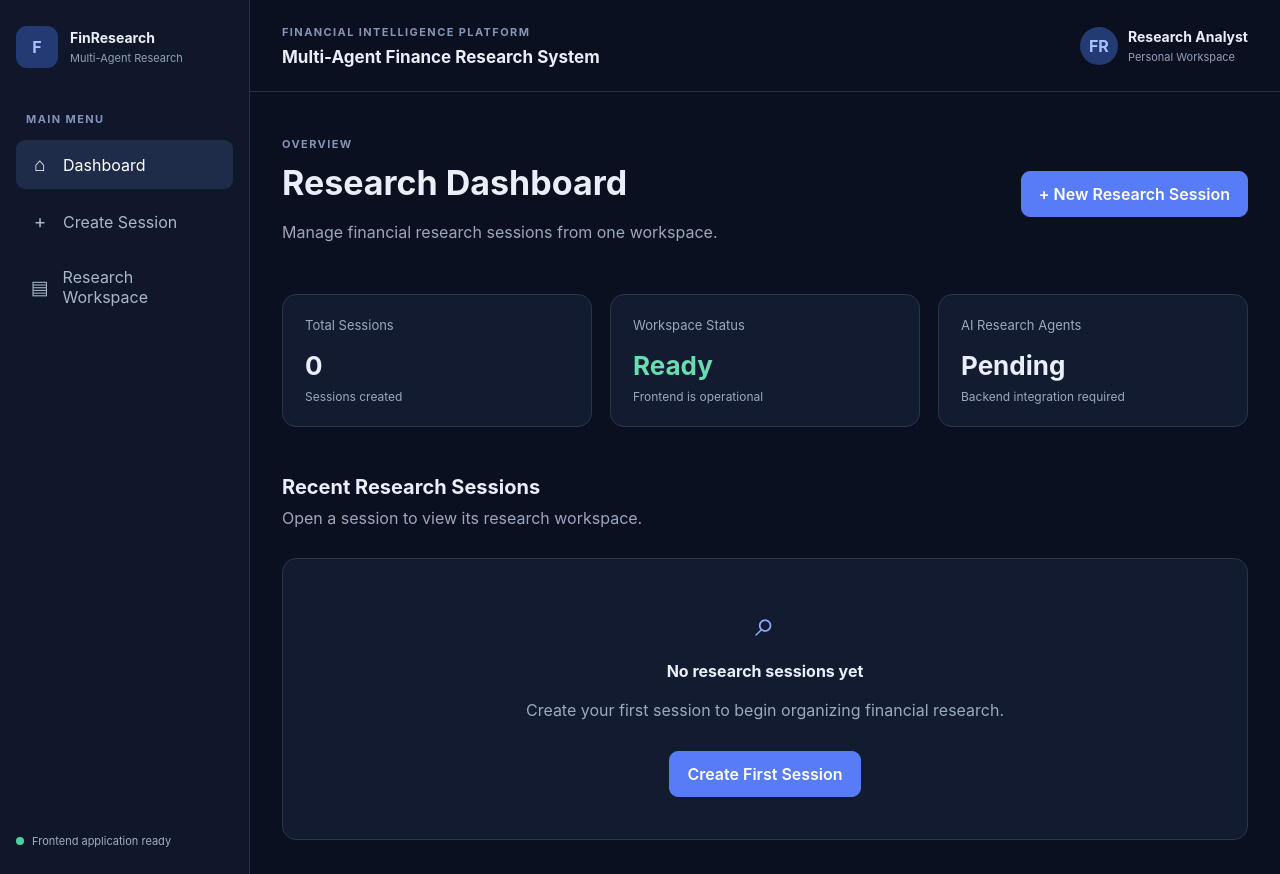
Repository: Divija538/multi-agent-financial-research-system
Page: /
The author's editor kept a copy of each file at every save. The page is drawn from the files as they stood at one save, then again after the next save.
The browser window is 1280 px wide. The pictures show the whole page.
The project was rebuilt for these pictures with package versions that can differ from the ones it lists, and the page was loaded fresh each time. Also part of the build but not shown: src/components/SessionCard.jsx, src/pages/CreateSession.jsx, src/pages/ResearchWorkspace.jsx.

Above is the page before, as saved 2026-10-15 16:43:58.

### index.html
<!doctype html>
<html lang="en">
  <head>
    <meta charset="UTF-8" />
    <meta name="viewport" content="width=device-width, initial-scale=1.0" />
    <title>Multi-Agent Finance Research System</title>
  </head>
  <body>
    <div id="root"></div>
    <script type="module" src="/src/main.jsx"></script>
  </body>
</html>

### src/main.jsx
import React from "react";
import { createRoot } from "react-dom/client";
import App from "./App.jsx";
import "./index.css";

const rootElement = document.getElementById("root");

if (!rootElement) {
  throw new Error('Root element "#root" not found in index.html');
}

createRoot(rootElement).render(
  <React.StrictMode>
    <App />
  </React.StrictMode>
);

### src/App.jsx
import React, { useEffect, useState } from "react";
import Sidebar from "./components/Sidebar.jsx";
import Header from "./components/Header.jsx";
import Dashboard from "./pages/Dashboard.jsx";
import CreateSession from "./pages/CreateSession.jsx";
import ResearchWorkspace from "./pages/ResearchWorkspace.jsx";

function readStorage(key, fallback) {
  try {
    const value = localStorage.getItem(key);
    return value ? JSON.parse(value) : fallback;
  } catch {
    return fallback;
  }
}

export default function App() {
  const [activePage, setActivePage] = useState("Dashboard");

  const [sessions, setSessions] = useState(() =>
    readStorage("finresearch_sessions", [])
  );

  const [activeSession, setActiveSession] = useState(() =>
    readStorage("finresearch_active_session", null)
  );

  const [user, setUser] = useState(() =>
    readStorage("finresearch_user", null)
  );

  useEffect(() => {
    localStorage.setItem("finresearch_sessions", JSON.stringify(sessions));
  }, [sessions]);

  useEffect(() => {
    if (activeSession) {
      localStorage.setItem(
        "finresearch_active_session",
        JSON.stringify(activeSession)
      );
    } else {
      localStorage.removeItem("finresearch_active_session");
    }
  }, [activeSession]);

  useEffect(() => {
    if (user) {
      localStorage.setItem("finresearch_user", JSON.stringify(user));
    } else {
      localStorage.removeItem("finresearch_user");
    }
  }, [user]);

  function createSession(data) {
    const session = {
      ...data,
      id: `${Date.now()}-${Math.random().toString(36).slice(2, 7)}`,
      createdAt: new Date().toLocaleString(),
      status: "Created"
    };

    setSessions((previous) => [session, ...previous]);
    setActiveSession(session);
    setActivePage("Research Workspace");
  }

  function deleteSession(id) {
    setSessions((previous) =>
      previous.filter((session) => session.id !== id)
    );

    if (activeSession?.id === id) {
      setActiveSession(null);
      setActivePage("Dashboard");
    }
  }

  function signIn(name, email) {
    setUser({ name, email });
  }

  function signOut() {
    setUser(null);
    setActivePage("Dashboard");
  }

  return (
    <div className="app-layout">
      <Sidebar
        activePage={activePage}
        setPage={setActivePage}
      />

      <main className="main-content">
        <Header
          user={user}
          onSignIn={signIn}
          onSignOut={signOut}
        />

        {activePage === "Dashboard" && (
          <Dashboard
            sessions={sessions}
            setPage={setActivePage}
            setActiveSession={setActiveSession}
            onDeleteSession={deleteSession}
          />
        )}

        {activePage === "Create Session" && (
          <CreateSession onCreate={createSession} />
        )}

        {activePage === "Research Workspace" && (
          <ResearchWorkspace session={activeSession} />
        )}
      </main>
    </div>
  );
}

### src/index.css
:root {
  font-family: Inter, Arial, sans-serif;
  color: #e9eef8;
  background: #0b1020;
  font-synthesis: none;
  text-rendering: optimizeLegibility;
}

* {
  box-sizing: border-box;
}

body {
  margin: 0;
  min-width: 320px;
  min-height: 100vh;
}

button,
input,
textarea,
select {
  font: inherit;
}

button {
  cursor: pointer;
}

.app-layout {
  display: flex;
  min-height: 100vh;
}

.sidebar {
  width: 250px;
  flex-shrink: 0;
  padding: 26px 16px;
  background: #10172a;
  border-right: 1px solid #273149;
  display: flex;
  flex-direction: column;
}

.brand {
  display: flex;
  align-items: center;
  gap: 12px;
  margin-bottom: 44px;
}

.brand-icon,
.avatar,
.session-icon {
  display: grid;
  place-items: center;
  width: 42px;
  height: 42px;
  border-radius: 11px;
  background: #233b72;
  color: #a9c0ff;
  font-weight: 700;
}

.brand strong,
.profile strong {
  display: block;
  font-size: 14px;
}

.brand small,
.profile small {
  display: block;
  margin-top: 5px;
  color: #93a0b9;
  font-size: 11px;
}

.menu-label,
.eyebrow {
  color: #8295b7;
  font-size: 11px;
  letter-spacing: 1.4px;
  font-weight: 700;
}

.menu-label {
  margin: 0 10px 14px;
}

.sidebar-nav {
  display: grid;
  gap: 8px;
}

.nav-item {
  display: flex;
  align-items: center;
  gap: 12px;
  width: 100%;
  padding: 13px;
  text-align: left;
  color: #aab6ca;
  background: transparent;
  border: 0;
  border-radius: 9px;
}

.nav-item:hover,
.nav-item.active {
  background: #1e2b49;
  color: white;
}

.nav-icon {
  width: 22px;
  text-align: center;
  font-size: 19px;
}

.sidebar-footer {
  margin-top: auto;
  padding-top: 24px;
  color: #a0aec5;
  font-size: 11px;
}

.status-dot {
  display: inline-block;
  width: 8px;
  height: 8px;
  margin-right: 8px;
  border-radius: 50%;
  background: #48d6a0;
}

.main-content {
  flex: 1;
  min-width: 0;
}

.top-header {
  min-height: 92px;
  padding: 20px 32px;
  border-bottom: 1px solid #273149;
  display: flex;
  align-items: center;
  justify-content: space-between;
  gap: 20px;
}

.top-header .eyebrow {
  margin: 0 0 8px;
}

.top-header h2 {
  margin: 0;
  font-size: 17px;
}

.profile {
  display: flex;
  align-items: center;
  gap: 10px;
}

.avatar {
  width: 38px;
  height: 38px;
  border-radius: 50%;
}

.page {
  max-width: 1400px;
  margin: auto;
  padding: 34px 32px;
}

h1 {
  margin: 8px 0;
  font-size: clamp(26px, 3vw, 34px);
}

h2 {
  font-size: 20px;
}

h3 {
  font-size: 16px;
}

.muted {
  color: #9aa7bd;
  line-height: 1.7;
}

.welcome-row,
.section-heading {
  display: flex;
  align-items: center;
  justify-content: space-between;
  gap: 20px;
}

.primary-button,
.secondary-button {
  padding: 12px 17px;
  border-radius: 9px;
  font-weight: 600;
}

.primary-button {
  color: white;
  background: #587cf5;
  border: 1px solid #587cf5;
}

.primary-button:hover {
  background: #7090ff;
}

.secondary-button {
  color: #d5def0;
  background: #202b40;
  border: 1px solid #35425b;
}

.stats-grid {
  display: grid;
  grid-template-columns: repeat(3, minmax(0, 1fr));
  gap: 18px;
  margin: 32px 0 42px;
}

.stat-card,
.session-card,
.form-card,
.research-panel,
.empty-state {
  background: #121b30;
  border: 1px solid #293650;
  border-radius: 14px;
}

.stat-card {
  padding: 22px;
}

.stat-card > span,
.stat-card small {
  display: block;
  color: #9ba9c0;
  font-size: 13px;
}

.stat-card strong {
  display: block;
  margin: 17px 0 8px;
  font-size: 26px;
}

.stat-card small {
  font-size: 12px;
}

.success-text {
  color: #67ddb0 !important;
}

.pending-text {
  color: #e9bd72 !important;
}

.section-heading {
  margin-bottom: 20px;
}

.section-heading h2,
.section-heading p {
  margin: 6px 0;
}

.empty-state {
  padding: 42px 20px;
  text-align: center;
}

.empty-icon {
  color: #91aaff;
  font-size: 36px;
}

.empty-state p {
  color: #9ba9c0;
  line-height: 1.7;
}

.empty-state .primary-button {
  margin-top: 10px;
}

.sessions-grid {
  display: grid;
  grid-template-columns: repeat(2, minmax(0, 1fr));
  gap: 18px;
}

.session-card {
  min-width: 0;
  padding: 20px;
}

.session-card-top,
.session-details,
.workspace-heading {
  display: flex;
  align-items: center;
  justify-content: space-between;
  gap: 12px;
}

.status-badge {
  padding: 5px 10px;
  border-radius: 20px;
  color: #7be0b7;
  background: #17382f;
  font-size: 11px;
}

.session-card h3 {
  overflow-wrap: anywhere;
}

.session-description {
  min-height: 40px;
  color: #9ba9c0;
  font-size: 13px;
  line-height: 1.6;
}

.session-details {
  align-items: flex-start;
  flex-wrap: wrap;
  margin-top: 18px;
  color: #9ba9c0;
  font-size: 11px;
}

.text-button {
  margin-top: 18px;
  padding: 0;
  color: #91aaff;
  background: none;
  border: 0;
  font-weight: 600;
}

.form-card {
  display: grid;
  gap: 12px;
  max-width: 720px;
  margin-top: 28px;
  padding: 26px;
}

.form-card label {
  margin-top: 8px;
  color: #cbd5e6;
  font-size: 13px;
}

.form-card input,
.form-card textarea,
.form-card select {
  width: 100%;
  padding: 13px;
  color: #edf2ff;
  background: #0b1223;
  border: 1px solid #35425b;
  border-radius: 8px;
  outline: none;
}

.form-card select option {
  background: #121b30;
}

.form-card input:focus,
.form-card textarea:focus,
.form-card select:focus {
  border-color: #7794ff;
}

.form-card textarea {
  resize: vertical;
}

.form-actions {
  display: flex;
  justify-content: flex-end;
  flex-wrap: wrap;
  gap: 12px;
  margin-top: 14px;
}

.research-panel {
  margin-top: 26px;
  padding: 26px;
}

.workspace-heading {
  margin-bottom: 26px;
}

.workspace-heading h2 {
  margin-bottom: 0;
}

.detail-grid {
  display: grid;
  grid-template-columns: repeat(3, minmax(0, 1fr));
  gap: 14px;
}

.detail-item {
  padding: 16px;
  background: #0c1427;
  border: 1px solid #293650;
  border-radius: 10px;
  min-width: 0;
}

.detail-item span,
.detail-item strong {
  display: block;
}

.detail-item span {
  margin-bottom: 10px;
  color: #9ba9c0;
  font-size: 12px;
}

.detail-item strong {
  font-size: 13px;
  overflow-wrap: anywhere;
}

.objective-panel,
.agent-panel {
  margin-top: 24px;
  padding: 20px;
  background: #0c1427;
  border: 1px solid #293650;
  border-radius: 10px;
}

.objective-panel p,
.pipeline-step p {
  color: #9ba9c0;
  font-size: 13px;
  line-height: 1.7;
}

.pipeline-step {
  display: flex;
  align-items: center;
  gap: 14px;
  padding: 16px 0;
  border-bottom: 1px solid #273149;
}

.pipeline-step:last-child {
  border-bottom: 0;
}

.pipeline-number {
  display: grid;
  place-items: center;
  flex-shrink: 0;
  width: 32px;
  height: 32px;
  color: #a9c0ff;
  background: #233b72;
  border-radius: 50%;
}

.pipeline-step > div {
  flex: 1;
  min-width: 0;
}

.pipeline-step p {
  margin-bottom: 0;
}

.pipeline-step > span:last-child {
  font-size: 12px;
}

@media (max-width: 900px) {
  .sidebar {
    width: 210px;
  }

  .page,
  .top-header {
    padding: 24px 18px;
  }

  .detail-grid {
    grid-template-columns: 1fr;
  }
}

@media (max-width: 650px) {
  .app-layout {
    display: block;
  }

  .sidebar {
    width: 100%;
    padding: 16px;
  }

  .brand {
    margin-bottom: 22px;
  }

  .sidebar-footer {
    margin-top: 20px;
  }

  .top-header,
  .welcome-row {
    align-items: flex-start;
    flex-direction: column;
  }

  .stats-grid,
  .sessions-grid {
    grid-template-columns: 1fr;
  }

  .form-card,
  .research-panel {
    padding: 18px;
  }

  .pipeline-step {
    align-items: flex-start;
    flex-wrap: wrap;
  }

  .pipeline-step > div {
    flex-basis: 65%;
  }
}

### src/components/Sidebar.jsx
import React from "react";

const menuItems = [
  { label: "Dashboard", icon: "⌂" },
  { label: "Create Session", icon: "+" },
  { label: "Research Workspace", icon: "▤" }
];

export default function Sidebar({ activePage, setPage }) {
  return (
    <aside className="sidebar">
      <div className="brand">
        <div className="brand-icon">F</div>
        <div>
          <strong>FinResearch</strong>
          <small>Multi-Agent Research</small>
        </div>
      </div>

      <p className="menu-label">MAIN MENU</p>

      <nav className="sidebar-nav">
        {menuItems.map((item) => (
          <button
            key={item.label}
            type="button"
            className={`nav-item ${
              activePage === item.label ? "active" : ""
            }`}
            onClick={() => setPage(item.label)}
          >
            <span className="nav-icon">{item.icon}</span>
            <span>{item.label}</span>
          </button>
        ))}
      </nav>

      <div className="sidebar-footer">
        <span className="status-dot" />
        Frontend application ready
      </div>
    </aside>
  );
}

### src/components/Header.jsx
import React from "react";
export default function Header() {
  return (
    <header className="top-header">
      <div>
        <p className="eyebrow">FINANCIAL INTELLIGENCE PLATFORM</p>
        <h2>Multi-Agent Finance Research System</h2>
      </div>

      <div className="profile">
        <div className="avatar">FR</div>
        <div>
          <strong>Research Analyst</strong>
          <small>Personal Workspace</small>
        </div>
      </div>
    </header>
  );
}

### src/pages/Dashboard.jsx
import SessionCard from "../components/SessionCard.jsx";
import React from "react";
export default function Dashboard({
  sessions,
  setPage,
  setActiveSession
}) {
  return (
    <section className="page">
      <div className="welcome-row">
        <div>
          <p className="eyebrow">OVERVIEW</p>
          <h1>Research Dashboard</h1>
          <p className="muted">
            Manage financial research sessions from one workspace.
          </p>
        </div>

        <button
          className="primary-button"
          onClick={() => setPage("Create Session")}
        >
          + New Research Session
        </button>
      </div>

      <div className="stats-grid">
        <div className="stat-card">
          <span>Total Sessions</span>
          <strong>{sessions.length}</strong>
          <small>Sessions created</small>
        </div>

        <div className="stat-card">
          <span>Workspace Status</span>
          <strong className="success-text">Ready</strong>
          <small>Frontend is operational</small>
        </div>

        <div className="stat-card">
          <span>AI Research Agents</span>
          <strong>Pending</strong>
          <small>Backend integration required</small>
        </div>
      </div>

      <div className="section-heading">
        <div>
          <h2>Recent Research Sessions</h2>
          <p className="muted">
            Open a session to view its research workspace.
          </p>
        </div>
      </div>

      {sessions.length === 0 ? (
        <div className="empty-state">
          <div className="empty-icon">⌕</div>
          <h3>No research sessions yet</h3>
          <p>
            Create your first session to begin organizing financial research.
          </p>

          <button
            className="primary-button"
            onClick={() => setPage("Create Session")}
          >
            Create First Session
          </button>
        </div>
      ) : (
        <div className="sessions-grid">
          {sessions.map((session) => (
            <SessionCard
              key={session.id}
              session={session}
              onOpen={() => {
                setActiveSession(session);
                setPage("Research Workspace");
              }}
            />
          ))}
        </div>
      )}
    </section>
  );
}

After the next save:
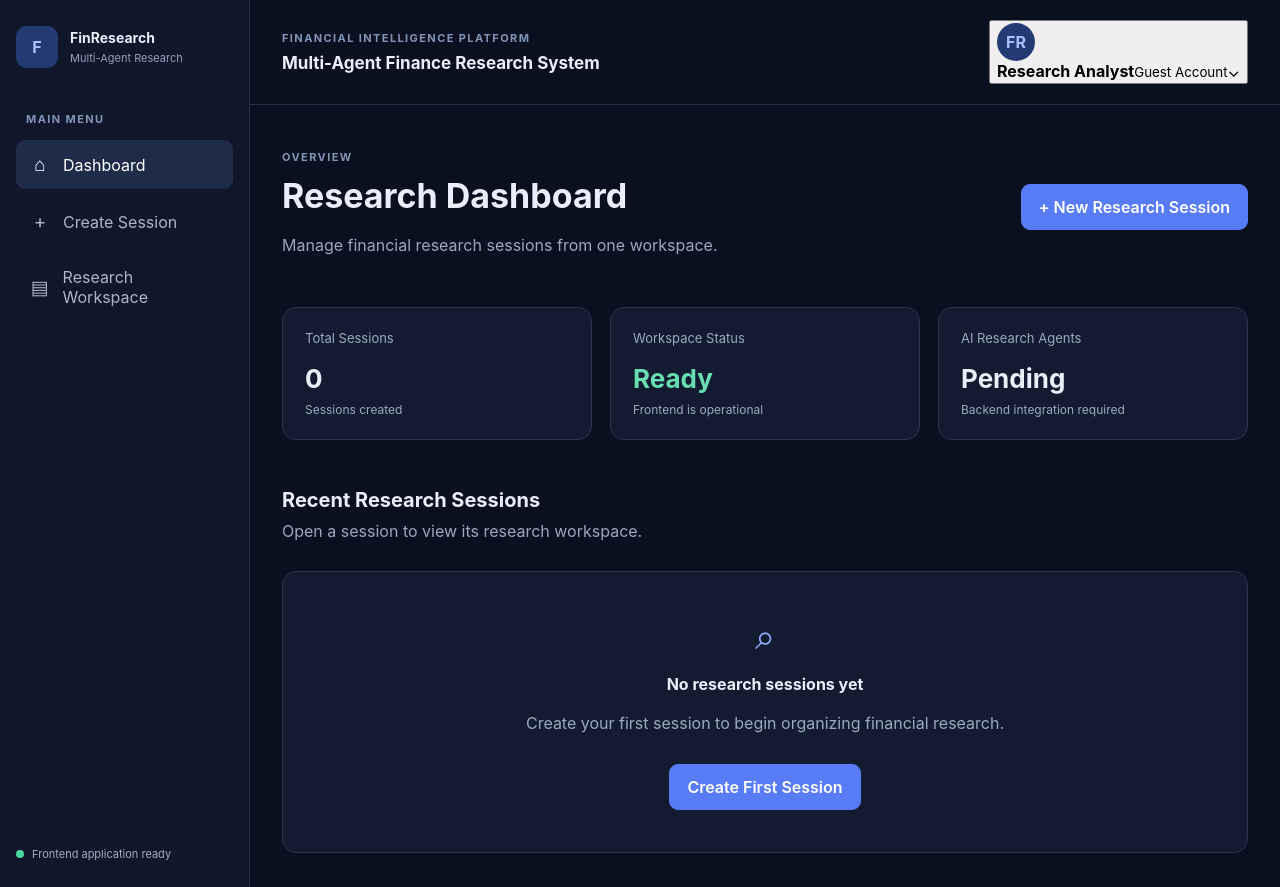
Saved 34 s later.
--- a/src/components/Header.jsx
+++ b/src/components/Header.jsx
@@ -1,5 +1,23 @@
-import React from "react";
-export default function Header() {
+import React, { useState } from "react";
+
+export default function Header({ user, onSignIn, onSignOut }) {
+  const [menuOpen, setMenuOpen] = useState(false);
+  const [showSignIn, setShowSignIn] = useState(false);
+  const [name, setName] = useState("");
+  const [email, setEmail] = useState("");
+
+  function handleSubmit(event) {
+    event.preventDefault();
+
+    if (!name.trim() || !email.trim()) return;
+
+    onSignIn(name.trim(), email.trim());
+    setShowSignIn(false);
+    setMenuOpen(false);
+    setName("");
+    setEmail("");
+  }
+
   return (
     <header className="top-header">
       <div>
@@ -7,13 +25,112 @@ export default function Header() {
         <h2>Multi-Agent Finance Research System</h2>
       </div>
 
-      <div className="profile">
-        <div className="avatar">FR</div>
-        <div>
-          <strong>Research Analyst</strong>
-          <small>Personal Workspace</small>
+      <div className="profile-container">
+        <button
+          className="profile-trigger"
+          type="button"
+          onClick={() => setMenuOpen((open) => !open)}
+        >
+          <span className="avatar">
+            {user ? user.name.charAt(0).toUpperCase() : "FR"}
+          </span>
+
+          <span className="profile-label">
+            <strong>{user ? user.name : "Research Analyst"}</strong>
+            <small>{user ? user.email : "Guest Account"}</small>
+          </span>
+
+          <span aria-hidden="true">⌄</span>
+        </button>
+
+        {menuOpen && (
+          <div className="profile-menu">
+            {user ? (
+              <>
+                <p>
+                  Signed in as
+                  <br />
+                  <strong>{user.email}</strong>
+                </p>
+
+                <button
+                  type="button"
+                  onClick={() => {
+                    setMenuOpen(false);
+                    onSignOut();
+                  }}
+                >
+                  Sign Out
+                </button>
+              </>
+            ) : (
+              <>
+                <p>Welcome to FinResearch</p>
+                <button
+                  type="button"
+                  onClick={() => {
+                    setShowSignIn(true);
+                    setMenuOpen(false);
+                  }}
+                >
+                  Sign In
+                </button>
+              </>
+            )}
+          </div>
+        )}
+      </div>
+
+      {showSignIn && (
+        <div
+          className="modal-backdrop"
+          onClick={() => setShowSignIn(false)}
+        >
+          <form
+            className="signin-modal"
+            onSubmit={handleSubmit}
+            onClick={(event) => event.stopPropagation()}
+          >
+            <button
+              type="button"
+              className="modal-close"
+              aria-label="Close"
+              onClick={() => setShowSignIn(false)}
+            >
+              ×
+            </button>
+
+            <p className="eyebrow">YOUR ACCOUNT</p>
+            <h2>Sign In</h2>
+            <p className="muted">
+              Enter your details to set up your local demo profile.
+            </p>
+
+            <label htmlFor="profile-name">Full Name</label>
+            <input
+              id="profile-name"
+              value={name}
+              onChange={(event) => setName(event.target.value)}
+              placeholder="Your name"
+              required
+            />
+
+            <label htmlFor="profile-email">Email Address</label>
+            <input
+              id="profile-email"
+              type="email"
+              value={email}
+              onChange={(event) => setEmail(event.target.value)}
+              placeholder="you@example.com"
+              required
+            />
+
+            <button className="primary-button" type="submit">
+              Continue
+            </button>
+          </form>
         </div>
-      </div>
+      )}
     </header>
   );
 }
